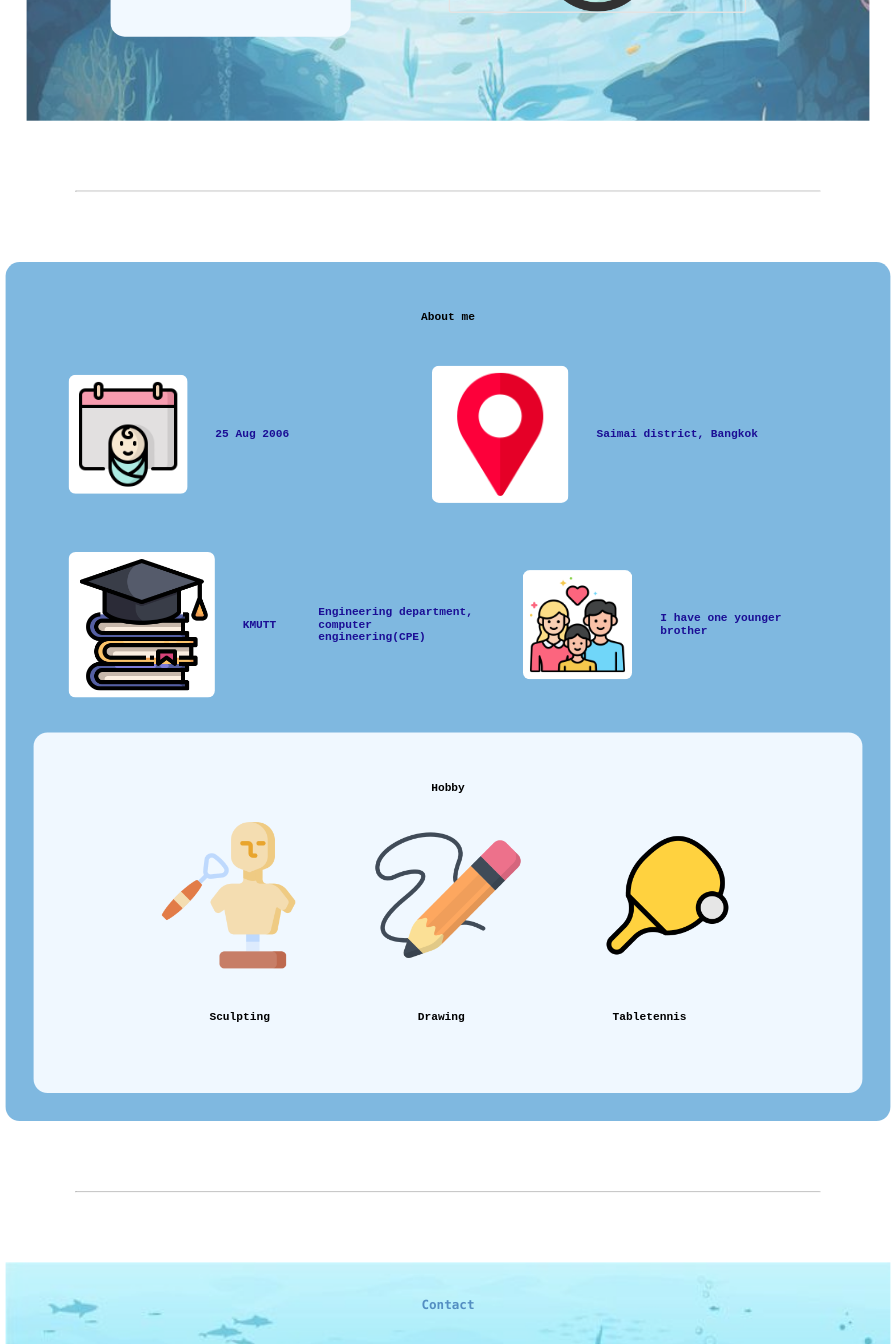
Repository: kittipichcha/Port1
Page: page1.html
These files come from the project's save history. The page is drawn as it stood at one moment and after the next save; the edit follows.
The browser window is 1280 px wide. The pictures show the part of the page from y = 688 to 2608 px (the page is 4780 px tall), at 70% of full size.

Above is the page before, as saved 2024-10-15 23:15:08.

After the next save:
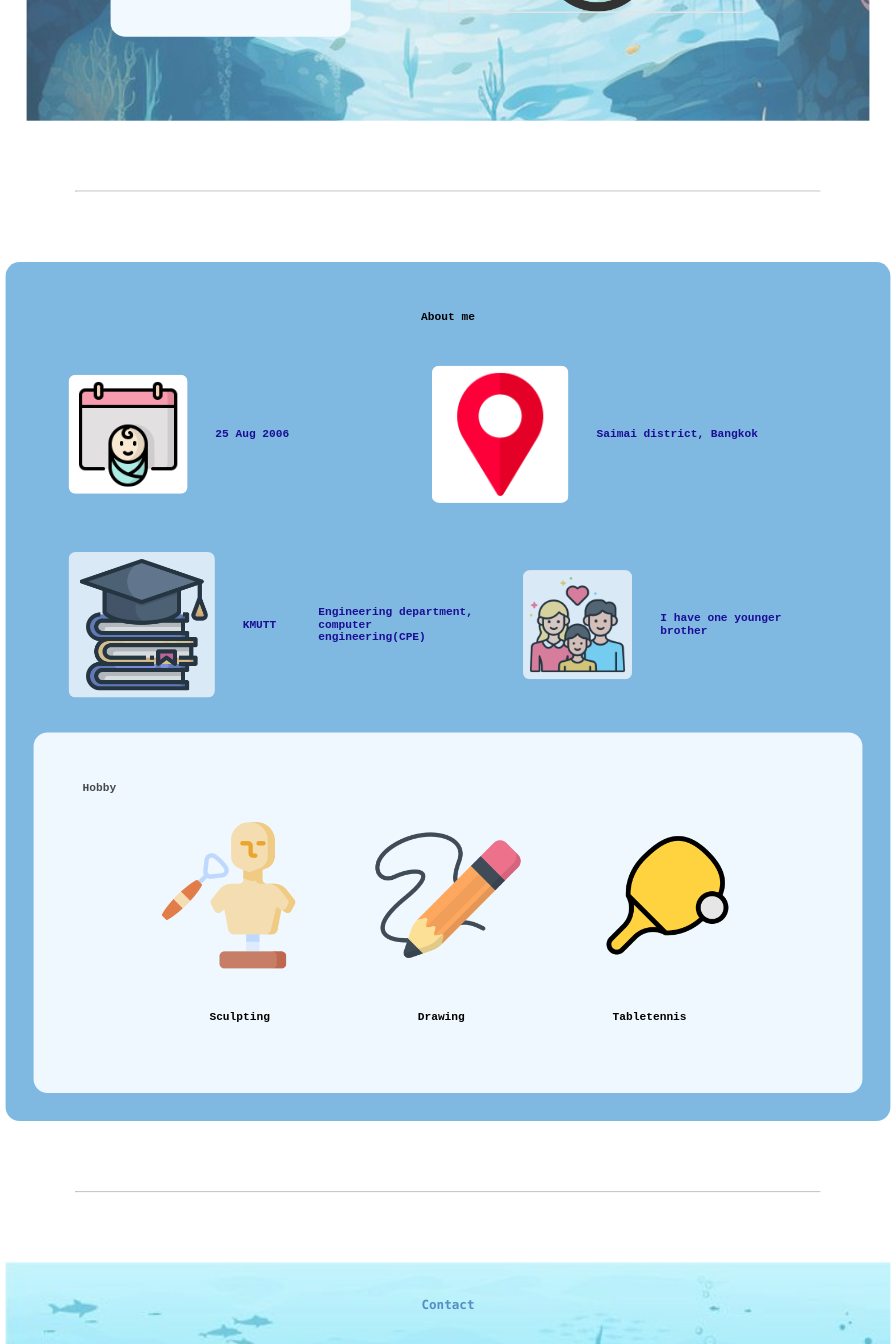
Saved 56 s later.
--- a/page1.html
+++ b/page1.html
@@ -53,20 +53,20 @@
       <div class = "widget">
         <!-- study -->
         <div style = "justify-content: flex-start;">
-          <img class = "icon2" src="icon\graduation.png" alt="Logo">
+          <img class = "icon2" style = "opacity:70%" src="icon\graduation.png" alt="Logo">
           <h3 class = "textGeneral" style = "color: rgb(27, 14, 149);"> KMUTT </h3>
           <h4 class = "textGeneral" style = "color: rgb(27, 14, 149);"> Engineering department, computer engineering(CPE)</h4>
         </div>
 
         <!-- family -->
         <div style = "justify-content: flex-start;">
-          <img class = "icon2" src="icon\family.png" alt="Logo">
+          <img class = "icon2" style = "opacity:70%" src="icon\family.png" alt="Logo">
           <h3 class = "textGeneral" style = "color: rgb(27, 14, 149);"> I have one younger brother </h3>
         </div>
       </div>
       <!-- hobby -->
       <div class = "backgroundColor" style = "background-color: aliceblue;">
-        <h1 class = "textGeneral" style = "justify-content: center;"> Hobby </h1>
+        <h1 class = "textGeneral" style = "opacity:70%" style = "justify-content: center;"> Hobby </h1>
         <div class = "widget">
           <img class = "image" style = "width:20%;" src="icon\sculpt.png" alt="Logo">
           <img class = "image" style = "width:20%;" src="icon\pencil.png" alt="Logo">

After the save that followed:
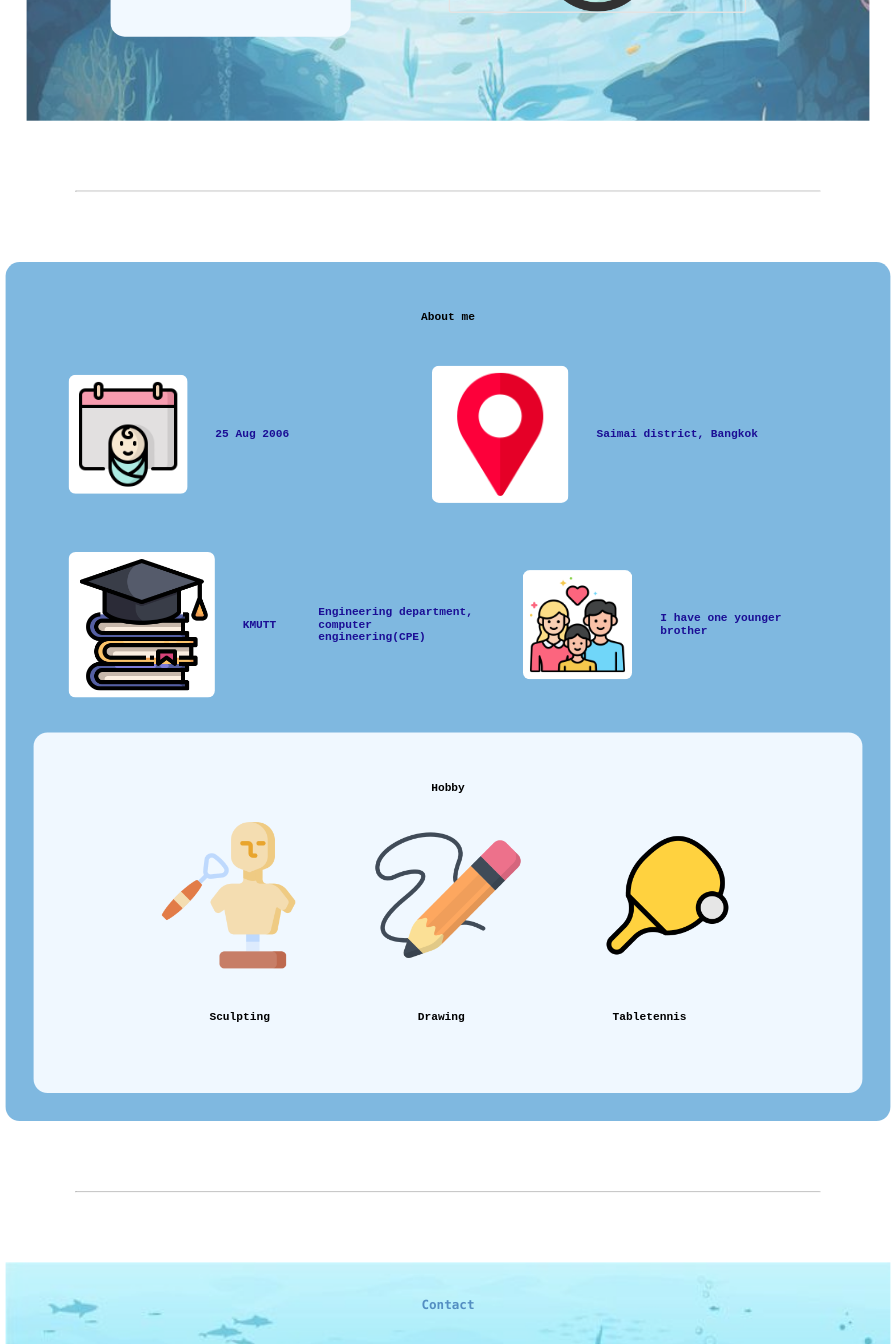
Saved 27 s later.
--- a/page1.html
+++ b/page1.html
@@ -53,20 +53,20 @@
       <div class = "widget">
         <!-- study -->
         <div style = "justify-content: flex-start;">
-          <img class = "icon2" style = "opacity:70%" src="icon\graduation.png" alt="Logo">
+          <img class = "icon2" src="icon\graduation.png" alt="Logo">
           <h3 class = "textGeneral" style = "color: rgb(27, 14, 149);"> KMUTT </h3>
           <h4 class = "textGeneral" style = "color: rgb(27, 14, 149);"> Engineering department, computer engineering(CPE)</h4>
         </div>
 
         <!-- family -->
         <div style = "justify-content: flex-start;">
-          <img class = "icon2" style = "opacity:70%" src="icon\family.png" alt="Logo">
+          <img class = "icon2" src="icon\family.png" alt="Logo">
           <h3 class = "textGeneral" style = "color: rgb(27, 14, 149);"> I have one younger brother </h3>
         </div>
       </div>
       <!-- hobby -->
       <div class = "backgroundColor" style = "background-color: aliceblue;">
-        <h1 class = "textGeneral" style = "opacity:70%" style = "justify-content: center;"> Hobby </h1>
+        <h1 class = "textGeneral" style = "justify-content: center;"> Hobby </h1>
         <div class = "widget">
           <img class = "image" style = "width:20%;" src="icon\sculpt.png" alt="Logo">
           <img class = "image" style = "width:20%;" src="icon\pencil.png" alt="Logo">
